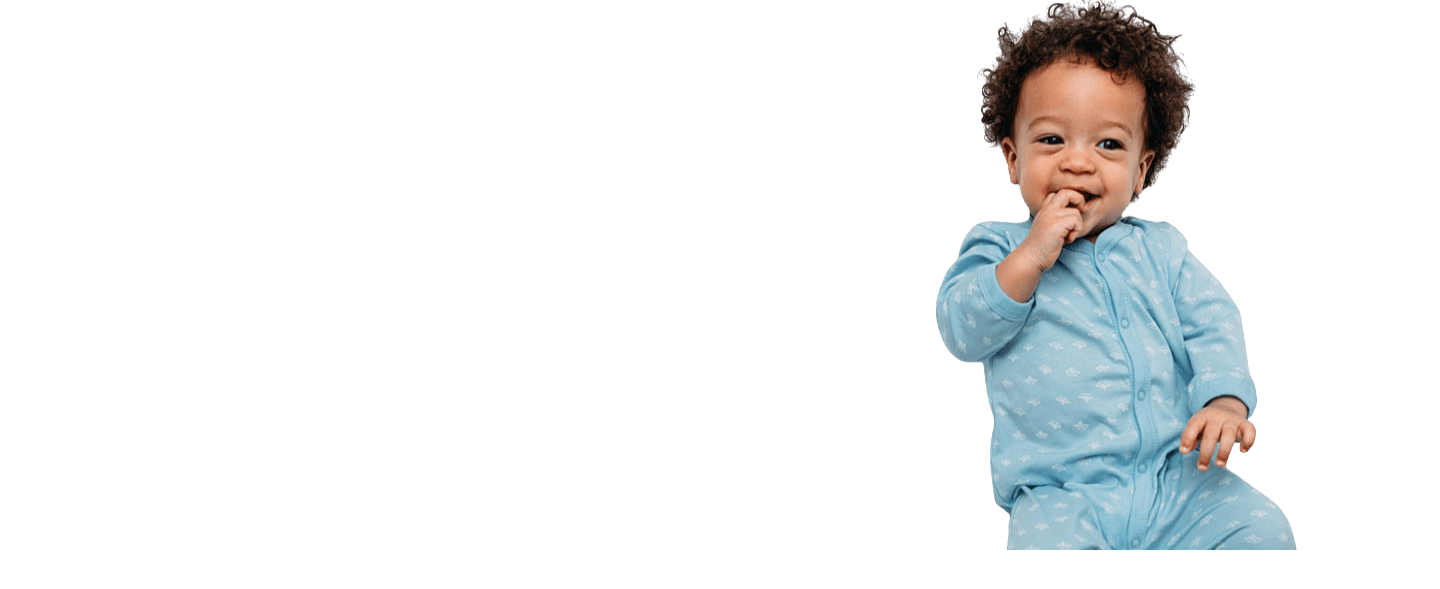
Repository: gyypwrs/css-practice
Page: pull-over/index.html
These files come from the project's save history. The page is drawn as it stood at one moment and after the next save; the edit follows.
The browser window is 1280 px wide. The page is 1440 px wide, then 1280 px, so the pictures cover 1440 px, including what lies to the right of the window. The pictures show the whole page.

Above is the page before, as saved 2022-05-16 11:32:54.

### pull-over/index.html
<!--
 * @Descripttion:
 * @version:
 * @Author: Hongyu
 * @Date: 2022-05-14 18:11:46
 * @LastEditors: Hongyu
 * @LastEditTime: 2022-05-16 11:32:11
-->
<!DOCTYPE html>
<html>
  <head>
    <title></title>
    <style type="text/css">
      html,body{
        height: 100%
      }
      body {
        margin: 0;
        padding: 0;
        overflow: hidden;
        display: flex;
        justify-content: center;
      }
      .wrapper {
        position: relative;
      }
      .bottom {
        position: absolute;
        top: 0;
        left: 0;
      }
      .up {
        position: absolute;
        top: 0;
        left: 0;
      }
  </style>
  </head>
  <body>
    <div class="wrapper">
      <div class="bottom">
        <img height="550" width="800" src="./baby-bg.png">
      </div>
      <div class="up">
        <img  height="550" width="800" src="./baby-bg.png">
      </div>
    </div>
  </body>
</html>

After the next save:
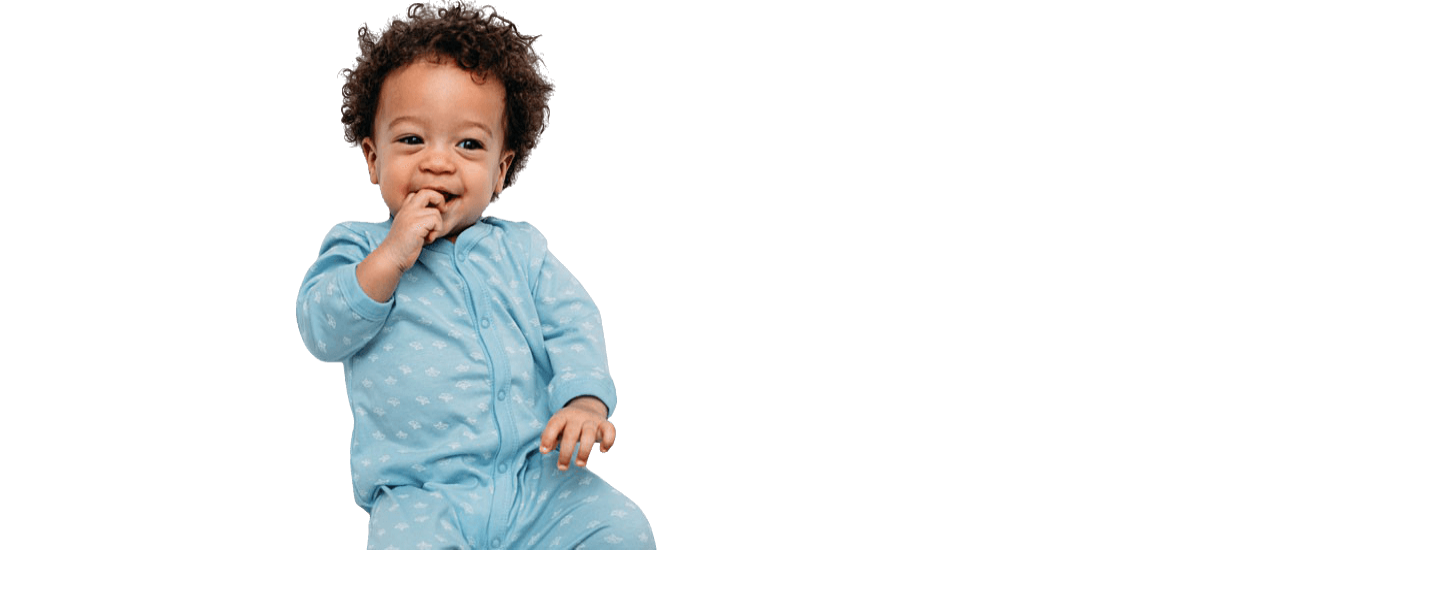
Saved 70 s later.
--- a/pull-over/index.html
+++ b/pull-over/index.html
@@ -4,7 +4,7 @@
  * @Author: Hongyu
  * @Date: 2022-05-14 18:11:46
  * @LastEditors: Hongyu
- * @LastEditTime: 2022-05-16 11:32:11
+ * @LastEditTime: 2022-05-16 11:34:04
 -->
 <!DOCTYPE html>
 <html>
@@ -18,10 +18,10 @@
         margin: 0;
         padding: 0;
         overflow: hidden;
+      }
+      .wrapper {
         display: flex;
         justify-content: center;
-      }
-      .wrapper {
         position: relative;
       }
       .bottom {
